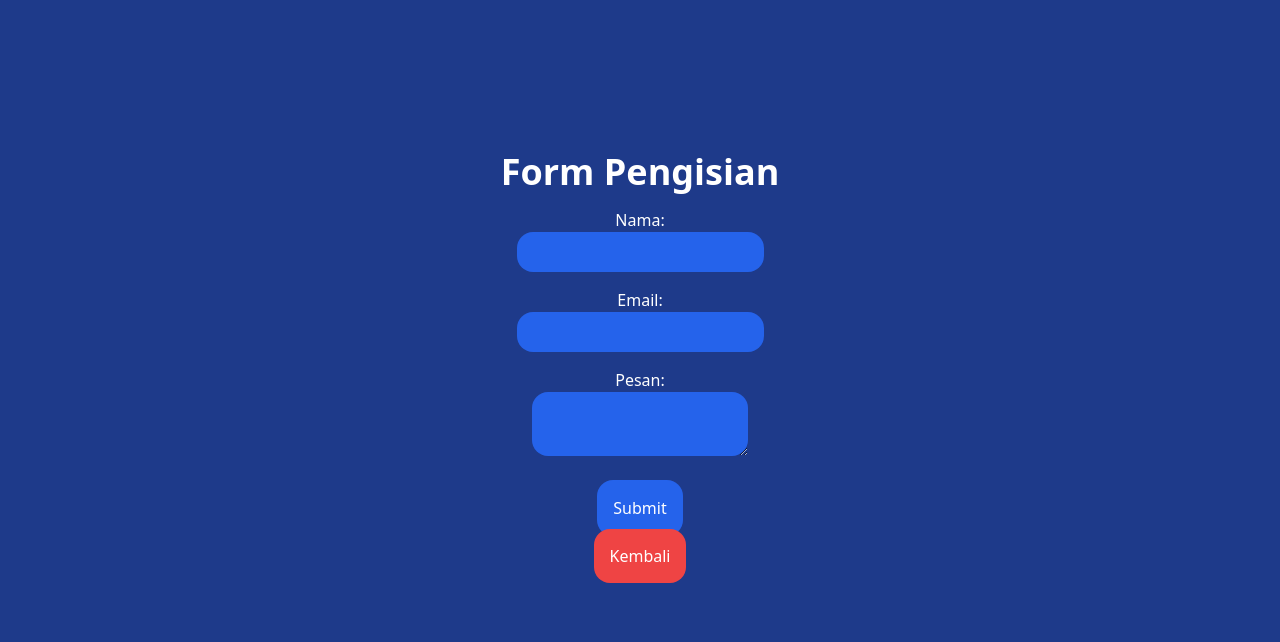
Repository: RifaiKN/flask-week10
Page: http://localhost/form/
These files come from the project's save history. The page is drawn as it stood at one moment and after the next save; the edit follows.
The browser window is 1280 px wide. The pictures show the whole page.
The page is served by the project's application, run on Flask 3 (app.py). Other server files are loaded and not shown.

Above is the page before, as saved 2023-11-17 22:42:51.

### templates/form.html
<!DOCTYPE html>
<html lang="en">

<head>
    <meta charset="UTF-8">
    <meta name="viewport" content="width=device-width, initial-scale=1.0">
    <title>Form</title>
    <link rel="stylesheet" href="https://unpkg.com/tailwindcss@^2.2/dist/tailwind.min.css">
</head>

<body class="bg-blue-900 text-white flex flex-col items-center justify-center min-h-screen">
    <h1 class="text-4xl font-bold mb-4">Form Pengisian</h1>
    <form action="/form/" method="post" class="flex flex-col items-center">
        <label for="nama" class="text-white">Nama:</label>
        <input type="text" id="nama" name="nama" required
            class="bg-blue-600 text-white p-2 rounded-2xl focus:outline-none focus:ring focus:border-blue-300 mb-4">
        <label for="email" class="text-white">Email:</label>
        <input type="email" id="email" name="email" required
            class="bg-blue-600 text-white p-2 rounded-2xl focus:outline-none focus:ring focus:border-blue-300 mb-4">
        <label for="pesan" class="text-white">Pesan:</label>
        <textarea id="pesan" name="pesan" required
            class="bg-blue-600 text-white p-2 rounded-2xl focus:outline-none focus:ring focus:border-blue-300 mb-4"></textarea>
        <button type="submit"
            class="m-2 p-4 bg-blue-600 hover:bg-blue-700 rounded-2xl text-white focus:outline-none focus:ring focus:border-blue-300">
            Submit
        </button>
    </form>
    <div>
        <a href="/" class="mt-10 m-4 p-4 bg-red-500 hover:bg-red-600 rounded-2xl text-white">Kembali</a>
    </div>
</body>

</html>

### app.py
from flask import Flask, render_template, request, redirect
from fibonacci import get_fibonacci_sequence
from csv2json import tampilkan_data
import csv

app = Flask(__name__)

# Route untuk homepage - Nomor 1
@app.route('/')
def home():
    return render_template('home.html')

@app.route('/profil')
def profil():
    return render_template('profil.html')

@app.route('/hobi')
def hobi():
    return render_template('hobi.html')

@app.route('/pendidikan')
def pendidikan():
    return render_template('pendidikan.html')

@app.route('/pengalaman')
def pengalaman():
    return render_template('pengalaman.html')

# Route untuk Fibonacci - Nomor 2
@app.route('/fibonacci', methods=['GET', 'POST'])
def fibonacci():
    result = None
    error = None
    if request.method == 'POST':
        try:
            length = int(request.form['length'])
            if length < 0:
                raise ValueError("Deret Fibonacci tidak boleh kurang dari 0")
            result = get_fibonacci_sequence(length)
        except ValueError as e:
            error = str(e)

    return render_template('fibonacci.html', result=result, error=error)

# Route untuk CSV2JSON - Nomor 3
@app.route('/getjson')
def csvtojson():
    return tampilkan_data()

# Route untuk Form - Nomor 4
@app.route('/form/', methods=['GET', 'POST'])
def form():
    if request.method == 'POST':
        try:
            nama = request.form['nama']
            email = request.form['email']
            pesan = request.form['pesan']

            # Simpan data ke file forms.csv
            with open('static/forms.csv', 'a', newline='') as csvfile:
                fieldnames = ['Nama', 'Email', 'Pesan']
                writer = csv.DictWriter(csvfile, fieldnames=fieldnames)

                # Tulis data ke file CSV
                writer.writerow({'Nama': nama, 'Email': email, 'Pesan': pesan})

            return redirect('/hasilform/')  # Redirect ke halaman /hasilform/

        except Exception as e:
            return f"An error occurred: {str(e)}"

    return render_template('form.html')


@app.route('/hasilform/')
def hasil_form():
    # Baca data dari file forms.csv
    with open('static/forms.csv', 'r') as csvfile:
        reader = csv.DictReader(csvfile)
        data = list(reader)

    return render_template('hasilform.html', data=data)

if __name__ == "__main__":
    app.run(debug=True)

After the next save:
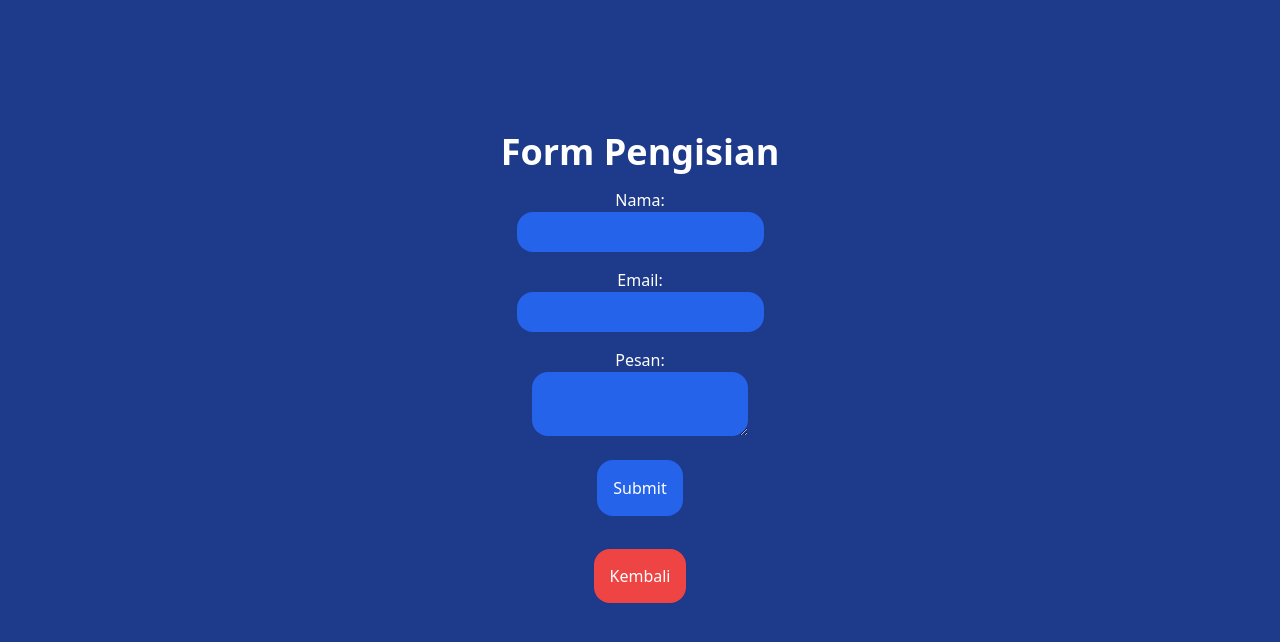
Saved 27 s later.
--- a/templates/form.html
+++ b/templates/form.html
@@ -25,8 +25,8 @@
             Submit
         </button>
     </form>
-    <div>
-        <a href="/" class="mt-10 m-4 p-4 bg-red-500 hover:bg-red-600 rounded-2xl text-white">Kembali</a>
+    <div class="mt-10">
+        <a href="/" class="m-4 p-4 bg-red-500 hover:bg-red-600 rounded-2xl text-white">Kembali</a>
     </div>
 </body>
 

After the save that followed:
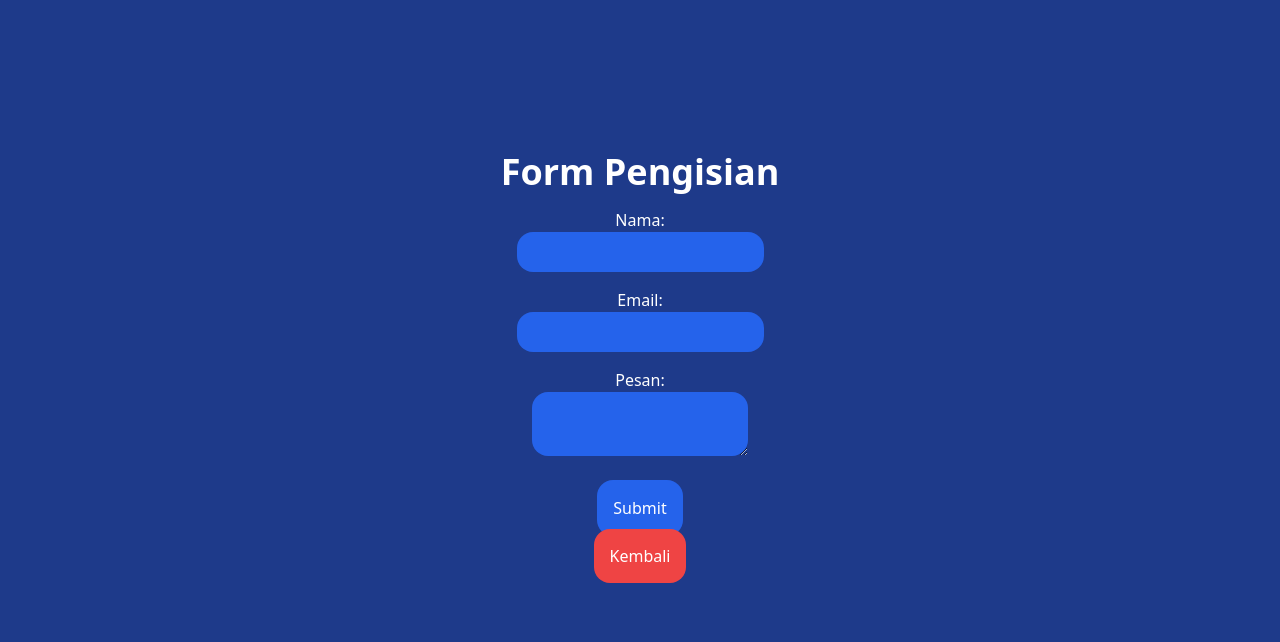
Saved 21 s later.
--- a/templates/form.html
+++ b/templates/form.html
@@ -25,7 +25,7 @@
             Submit
         </button>
     </form>
-    <div class="mt-10">
+    <div>
         <a href="/" class="m-4 p-4 bg-red-500 hover:bg-red-600 rounded-2xl text-white">Kembali</a>
     </div>
 </body>
